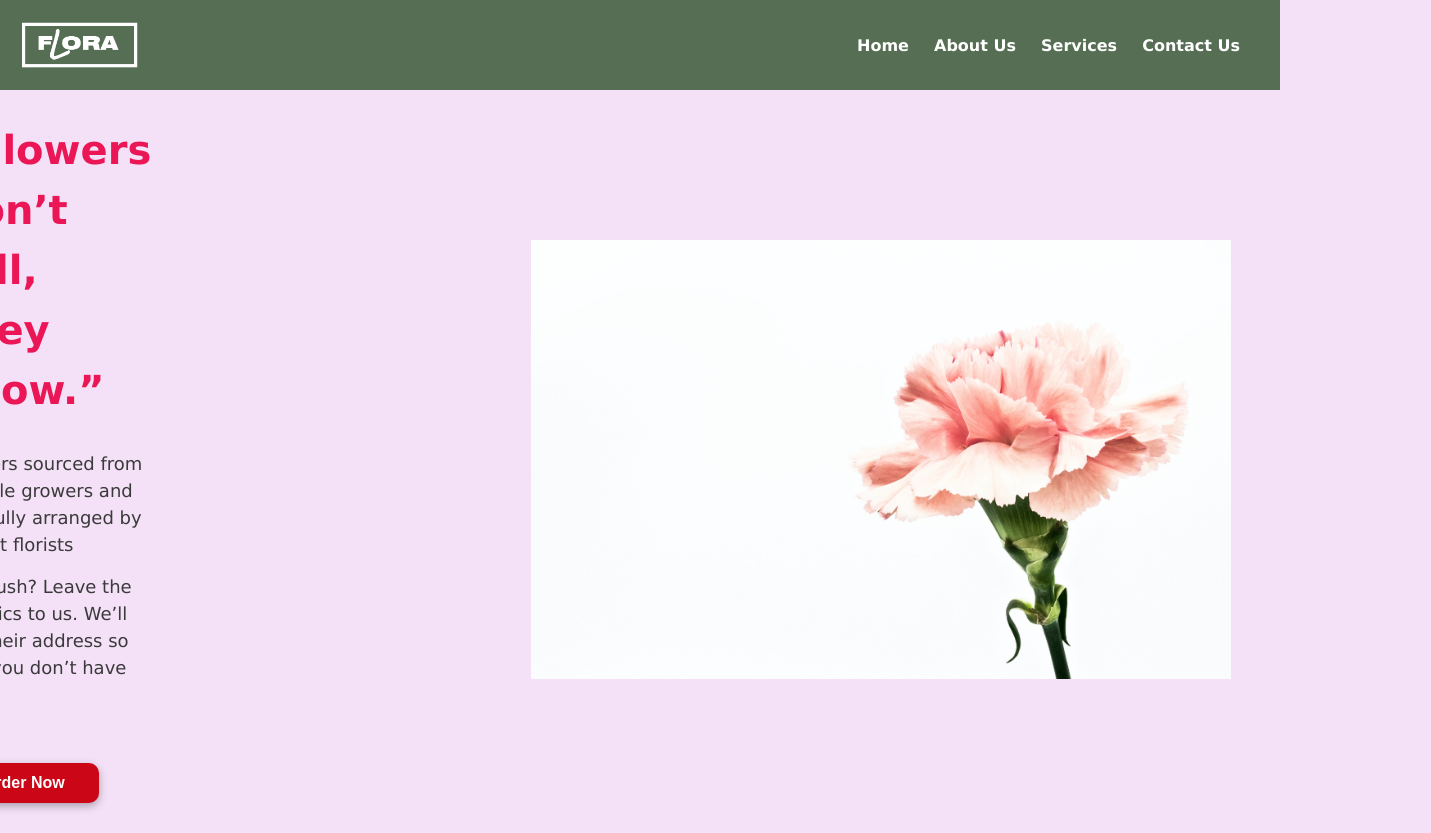
Repository: SaadYasin/test003-flex-box
Page: index.html
The author's editor kept a copy of each file at every save. The page is drawn from the files as they stood at one save, then again after the next save.
The browser window is 1280 px wide. The page is 1431 px wide, so the pictures cover 1431 px, including what lies to the right of the window. The pictures show the whole page.

Above is the page before, as saved 2022-10-30 12:48:57.

### index.html
<!DOCTYPE html>
<html lang="en">
<head>
  <meta charset="UTF-8">
  <meta http-equiv="X-UA-Compatible" content="IE=edge">
  <meta name="viewport" content="width=device-width, initial-scale=1.0">
  <title>Business Assistant</title>

  <link rel="stylesheet" href="styles.css">
</head>
<body>
  <header>
    <div class="header-container">
      <!-- <h1 class="logo">Flora</h1> -->
      <img src="./images/flora-icon.png" alt="">
      <nav>
        <ul>
          <li><a href="#">Home</a></li>
          <li><a href="#">About Us</a></li>
          <li><a href="#">Services</a></li>
          <li><a href="#">Contact Us</a></li>
        </ul>
      </nav>
    </div>
  </header>
  <section class="hero-section">
    <div class="hero-text">
      <h1 class="hero-title">“Flowers don’t tell, they show.”</h1>
      <p class="hero-paragraph">Flowers sourced from reliable growers and carefully arranged by expert florists</p>
      <p class="hero-paragraph">In a rush? Leave the logistics to us. We’ll get their address so that you don’t have to.</p>
      <button type="button" class="coa-btn">Order Now</button>
    </div>
    <div><img src="./images/alesia_flower.jpg" alt="" class="hero-img"></div>
  </section>
</body>
</html>

### styles.css
* {
  padding: 0;
  margin: 0;
  box-sizing: border-box;
}

body {
  background: rgb(244, 225, 247);
  font-family: Verdana, Geneva, Tahoma, sans-serif;
}

.header-container {
  display: flex;
  justify-content: space-between;
  align-items: center;
  background: rgb(86, 110, 84);
  height: 90px;
  padding: 20px;
}

.logo {
  font-size: 35px;
  font-weight: bolder;
  color: white;
  font-style: italic;
  text-shadow: 0 5px 5px rgb(27, 27, 27);
  margin-left: 60px;
}

img {
  width: 120px;
}

nav ul li {
  display: inline;
}

nav ul li a {
  text-decoration: none;
  margin-right: 20px;
  font-weight: bold;
  color: white;
}

nav ul li a:hover {
  text-decoration: underline;
  color: rgb(238, 139, 169);
}

.hero-section {
  /* background-image: url(/images/bg-img-small.jpg);
  background-repeat: no-repeat;
  background-size: cover;
  height: 850px; */
  display: flex;
  /* flex-wrap: wrap; */
  justify-content: center;
  align-items: center;
  padding: 30px;
  gap: 80px;

}

.hero-text {
  display: flex;
  flex-direction: column;
  flex-basis: 100%;
  flex-shrink: 1;
  flex-grow: 1;
  max-width: 70%;
  padding: 0 100px;
}

.hero-img {
  width: 700px;
  margin: 100px 200px;
  flex-grow: 1;
  flex-shrink: 1;
  flex-basis: 100%;
}

.hero-title {
  font-size: 40px;
  font-weight: bold;
  line-height: 1.5;
  color: rgb(235, 22, 86);
  margin-bottom: 30px;
}

.hero-text p {
  font-size: 18px;
  line-height: 1.5;
  color: #3a3a3a;
  margin-bottom: 15px;
}

.coa-btn {
  display: inline-block;
  background-color: rgb(202, 6, 23);
  font-size: 1rem;
  font-weight: bold;;
  color: white;
  width: 150px;
  height: 40px;
  border: none;
  outline: none;
  box-shadow: 0 3px 8px rgba(0, 0, 0, 0.3);
  border-radius: 10px;
  padding: 10px 20px;
  margin-top: 40px;
}

After the next save:
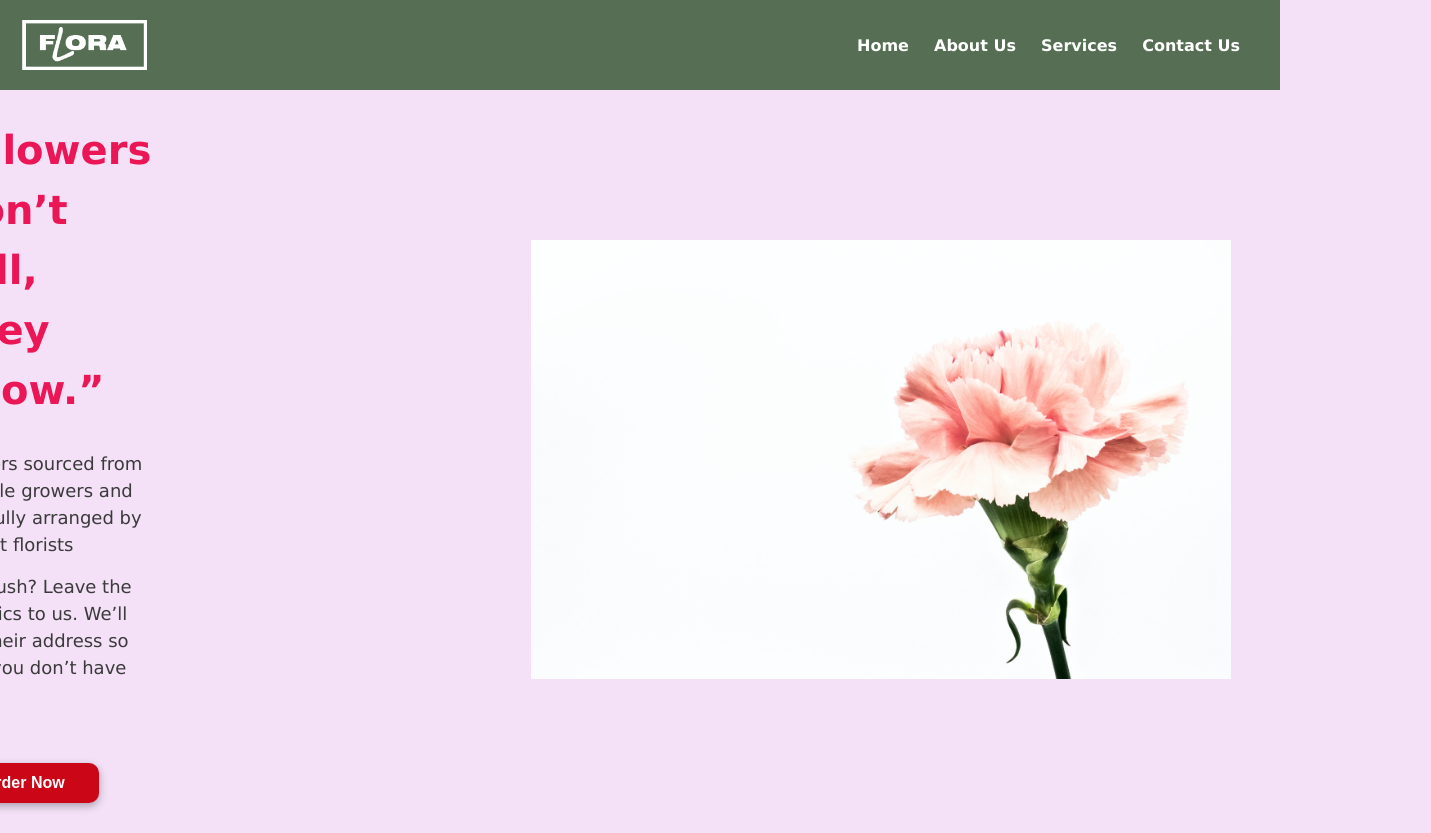
Saved 10 s later.
--- a/styles.css
+++ b/styles.css
@@ -28,7 +28,7 @@ body {
 }
 
 img {
-  width: 120px;
+  width: 130px;
 }
 
 nav ul li {
